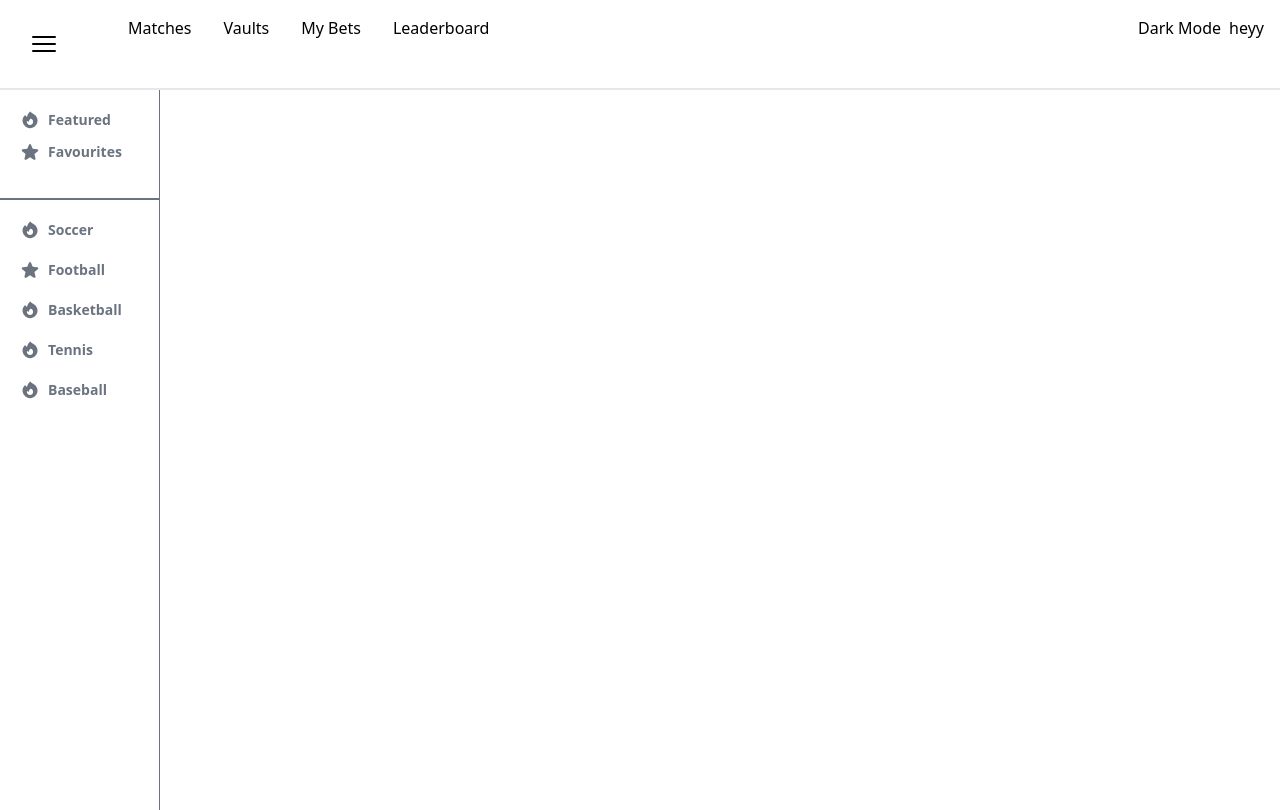
Repository: thekingisherenow/Betterbook
Page: /
The author's editor kept a copy of each file at every save. The page is drawn from the files as they stood at one save, then again after the next save.
The browser window is 1280 px wide. The pictures show the whole page.
The project was rebuilt for these pictures with package versions that can differ from the ones it lists, and the page was loaded fresh each time. The framework's server and built-in components were replaced by stand-ins that run in the browser. Also part of the build but not shown: next.config.js.

Above is the page before, as saved 2023-01-16 23:29:29.

After the next save:
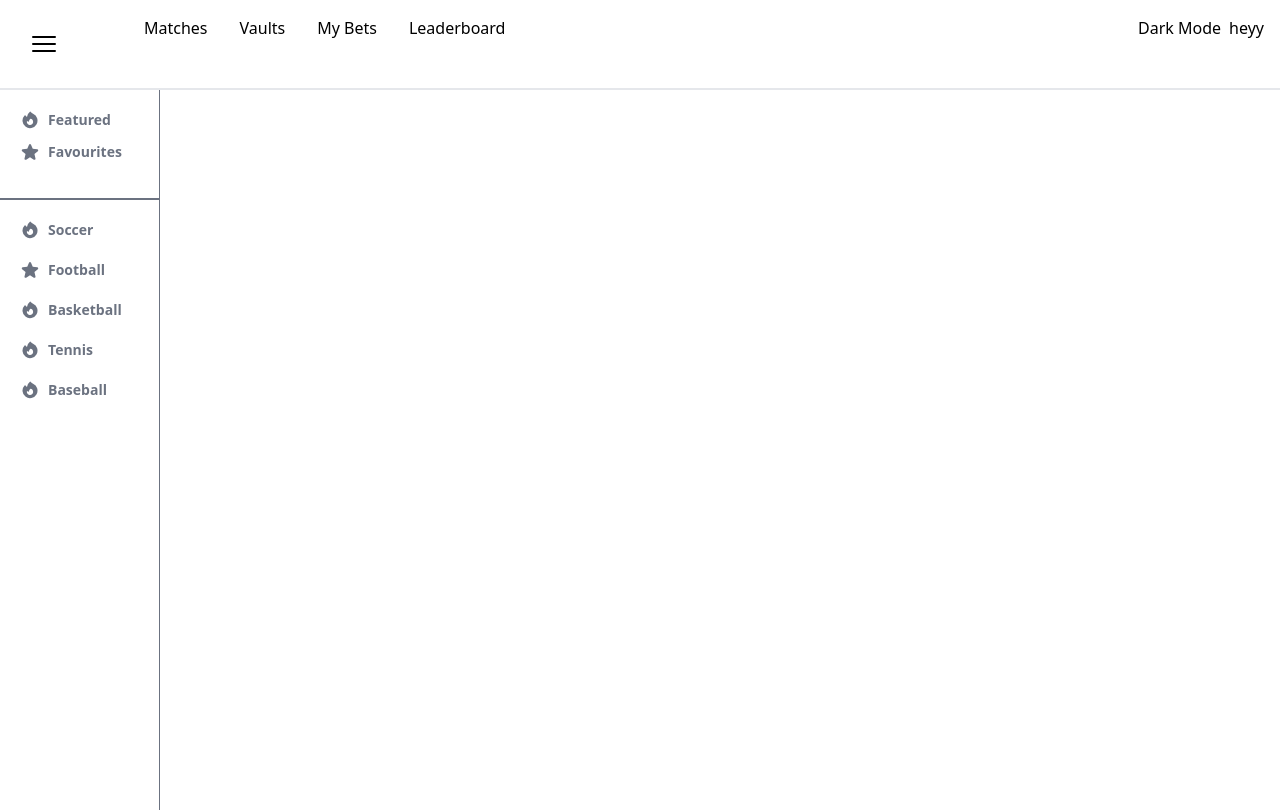
Saved 7 s later.
--- a/src/components/Typography/Header.tsx
+++ b/src/components/Typography/Header.tsx
@@ -11,7 +11,7 @@ function Header() {
         <div className='ml-10'>
 
           {/* Nav Links */}
-          <div>
+          <div className='ml-4'>
 
         <NavLinks  />
           </div>
